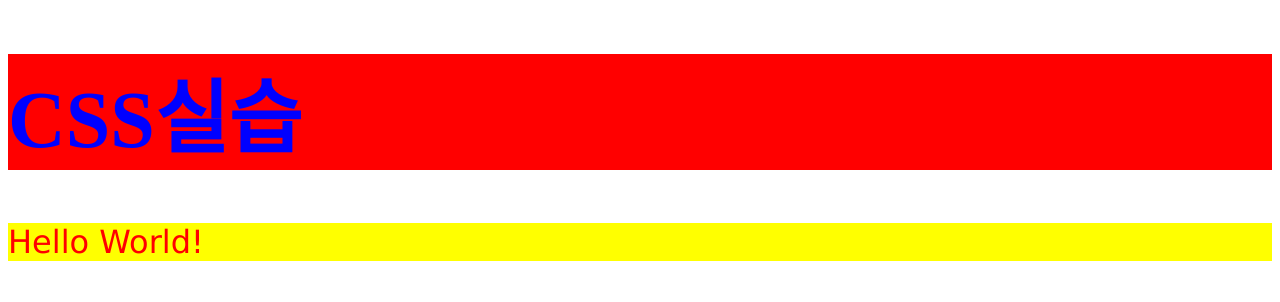
Repository: ashojm/WebWork
Page: Web/first.html
These files come from the project's save history. The page is drawn as it stood at one moment and after the next save; the edit follows.
The browser window is 1280 px wide. The pictures show the whole page.

Above is the page before, as saved 2015-11-12 16:11:45.

After the next save:
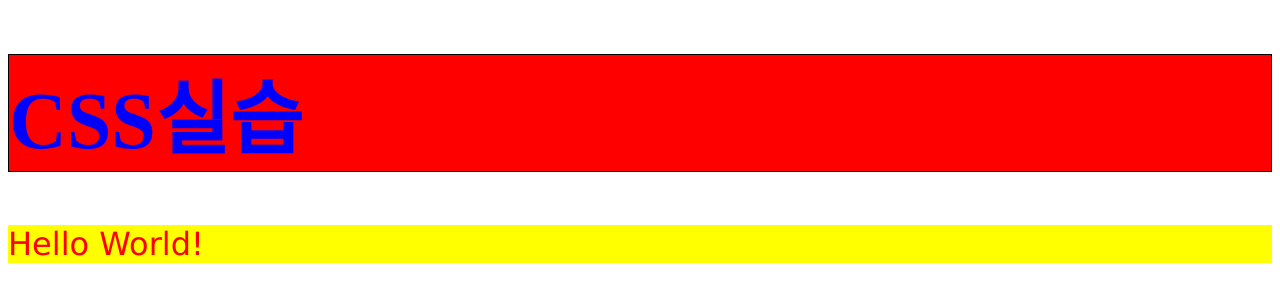
Saved 43 s later.
--- a/Web/css/base.css
+++ b/Web/css/base.css
@@ -1,2 +1,2 @@
-h1{color:#0000FF;font-family:serif;font-size:500%;background-color:red}
+h1{color:#0000FF;font-family:serif;font-size:500%;background-color:red;border:1px solid black}
 p {color:red;font-size:200%;font-family:Verdana;background-color:yellow}
